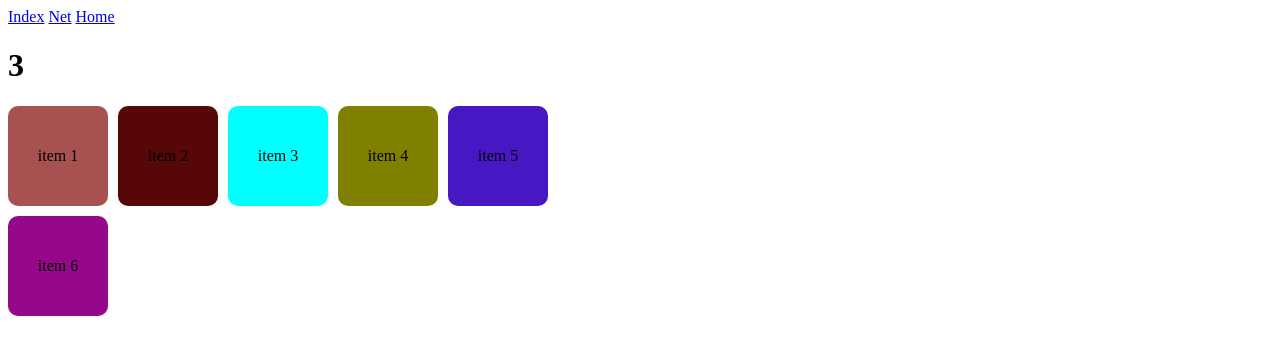
Repository: Nguyen-Toan-2004/du-an-test
Page: product.htm
The author's editor kept a copy of each file at every save. The page is drawn from the files as they stood at one save, then again after a run of saves.
The browser window is 1280 px wide. The pictures show the whole page.

Above is the page before, as saved 2025-10-22 20:40:11.

After the next 10 saves:
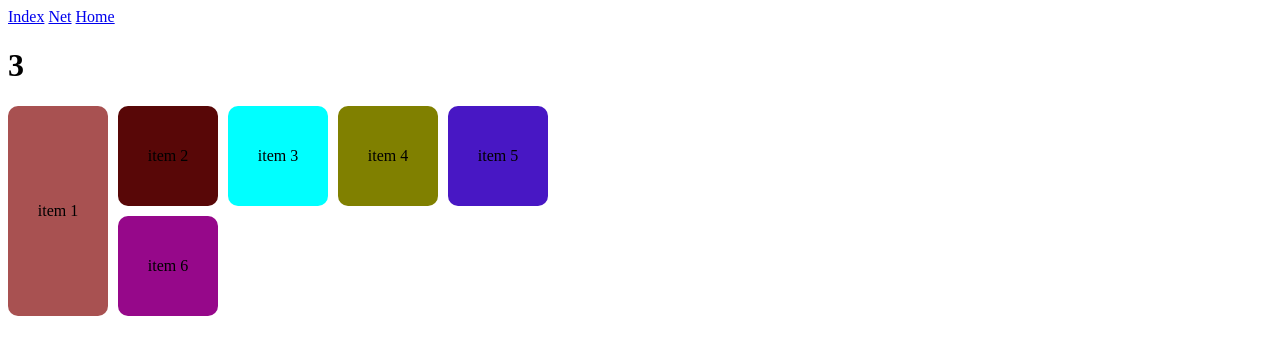
The 10 saves are shown as one change because they came seconds apart.
The last was saved 19 s later.
--- a/product.htm
+++ b/product.htm
@@ -25,7 +25,8 @@
       }
       .box1 {
         background: #a85151;
-        grid-row-start: ;
+        grid-row-start: 1;
+        grid-row-end: 3;
       }
       .box2 {
         background: #580707;
